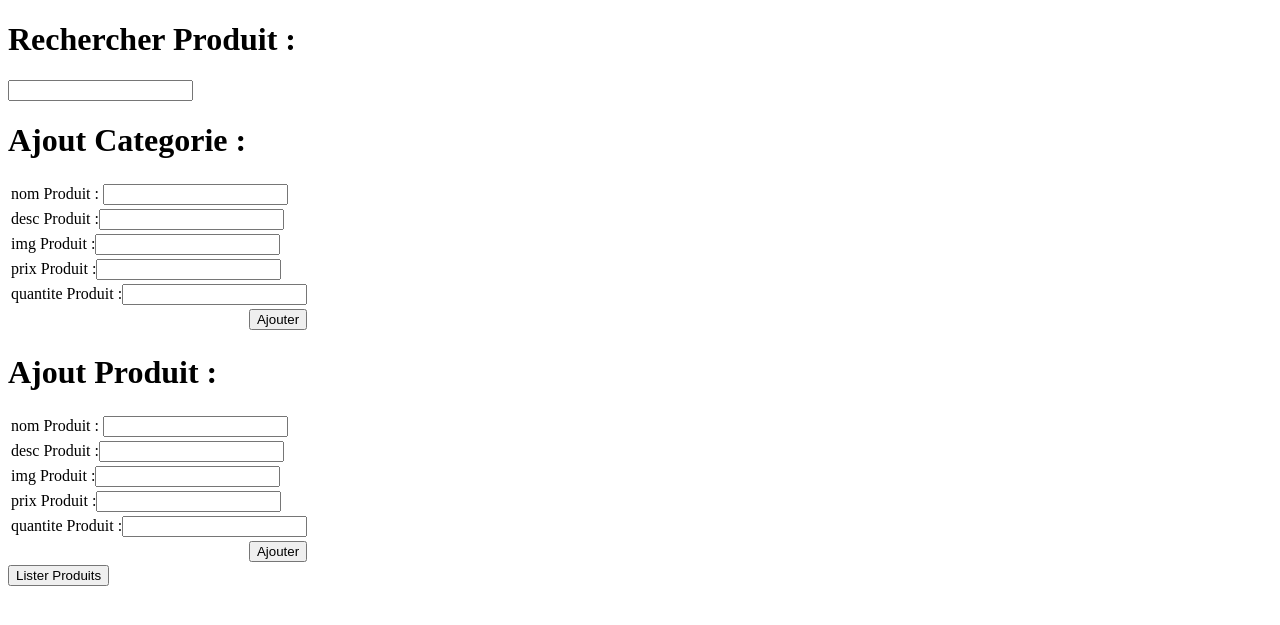
Repository: EBusinesss/Ebusiness
Page: http://localhost/EcomWEB/
These files come from the project's save history. The page is drawn as it stood at one moment and after the next save; the edit follows.
The browser window is 1280 px wide. The pictures show the whole page.
The page is served by Tomcat 9. Nobody is signed in. The application's start-up code is not run. Other server files are loaded and not shown.

Above is the page before, as saved 2014-12-06 22:43:56.

### Workspace/EcomWEB/WebContent/index.jsp
<%@ page language="java" contentType="text/html; charset=ISO-8859-1"
    pageEncoding="ISO-8859-1"%>
<!DOCTYPE html PUBLIC "-//W3C//DTD HTML 4.01 Transitional//EN" "http://www.w3.org/TR/html4/loose.dtd">
<html>
<head>
<meta http-equiv="Content-Type" content="text/html; charset=ISO-8859-1">
<title>Insert title here</title>
</head>
<body>
		<h1>Rechercher Produit : </h1>
		<form action="RechercherProductServlet" method="post">
			<input type="text" name="nomProduitRecherche" width="25">
		</form>

		<h1>Ajout Categorie :</h1>
		<form action="AddProductServlet" method="post">
		<table>
			<tr><td> nom Produit 		: <input type="text" name="nomProduit" width="25"></td></tr>
			<tr><td> desc Produit 		:<input type="text" name="descProduit" width="25"></td></tr>
			<tr><td> img Produit		:<input type="text" name="imgProduit" width="25"></td></tr>
			<tr><td> prix Produit 		:<input type="text" name="prixProduit" width="25"></td></tr>
			<tr><td> quantite Produit	:<input type="text" name="quantiteProduit" width="25"></td></tr>
			<tr>
				<td align="right" colspan="3">
					<button name="submit" type="submit">Ajouter</button>
				</td>
			</tr>
		</table>
		</form>

		<h1>Ajout Produit :</h1>
		<form action="AddProductServlet" method="post">
		<table>
			<tr><td> nom Produit 		: <input type="text" name="nomProduit" width="25"></td></tr>
			<tr><td> desc Produit 		:<input type="text" name="descProduit" width="25"></td></tr>
			<tr><td> img Produit		:<input type="text" name="imgProduit" width="25"></td></tr>
			<tr><td> prix Produit 		:<input type="text" name="prixProduit" width="25"></td></tr>
			<tr><td> quantite Produit	:<input type="text" name="quantiteProduit" width="25"></td></tr>
			<tr>
				<td align="right" colspan="3">
					<button name="submit" type="submit">Ajouter</button>
				</td>
			</tr>
		</table>
		</form>

		<form action="ListProductServlet" method="post">
		<button name="submit" type="submit">Lister Produits</button>
		</form>

</body>
</html>

After the next save:
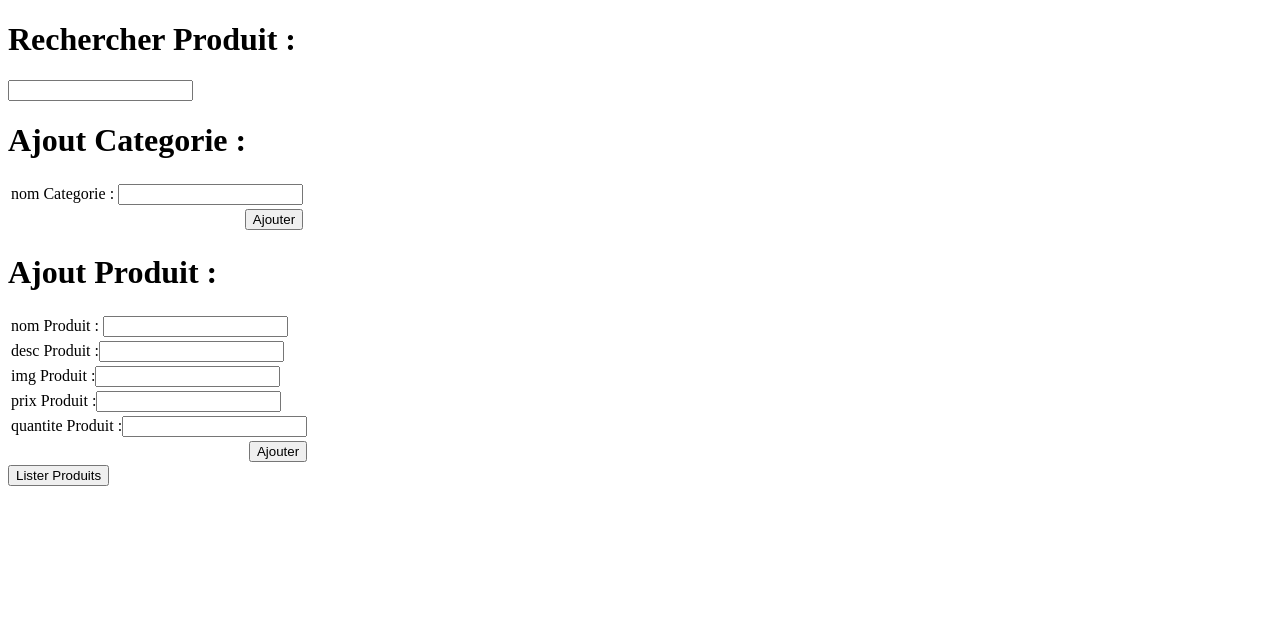
Saved 39 s later.
--- a/Workspace/EcomWEB/WebContent/index.jsp
+++ b/Workspace/EcomWEB/WebContent/index.jsp
@@ -13,13 +13,9 @@
 		</form>
 
 		<h1>Ajout Categorie :</h1>
-		<form action="AddProductServlet" method="post">
+		<form action="AddCategoryServlet" method="post">
 		<table>
-			<tr><td> nom Produit 		: <input type="text" name="nomProduit" width="25"></td></tr>
-			<tr><td> desc Produit 		:<input type="text" name="descProduit" width="25"></td></tr>
-			<tr><td> img Produit		:<input type="text" name="imgProduit" width="25"></td></tr>
-			<tr><td> prix Produit 		:<input type="text" name="prixProduit" width="25"></td></tr>
-			<tr><td> quantite Produit	:<input type="text" name="quantiteProduit" width="25"></td></tr>
+			<tr><td> nom Categorie 		: <input type="text" name="nomCategorie" width="25"></td></tr>
 			<tr>
 				<td align="right" colspan="3">
 					<button name="submit" type="submit">Ajouter</button>
